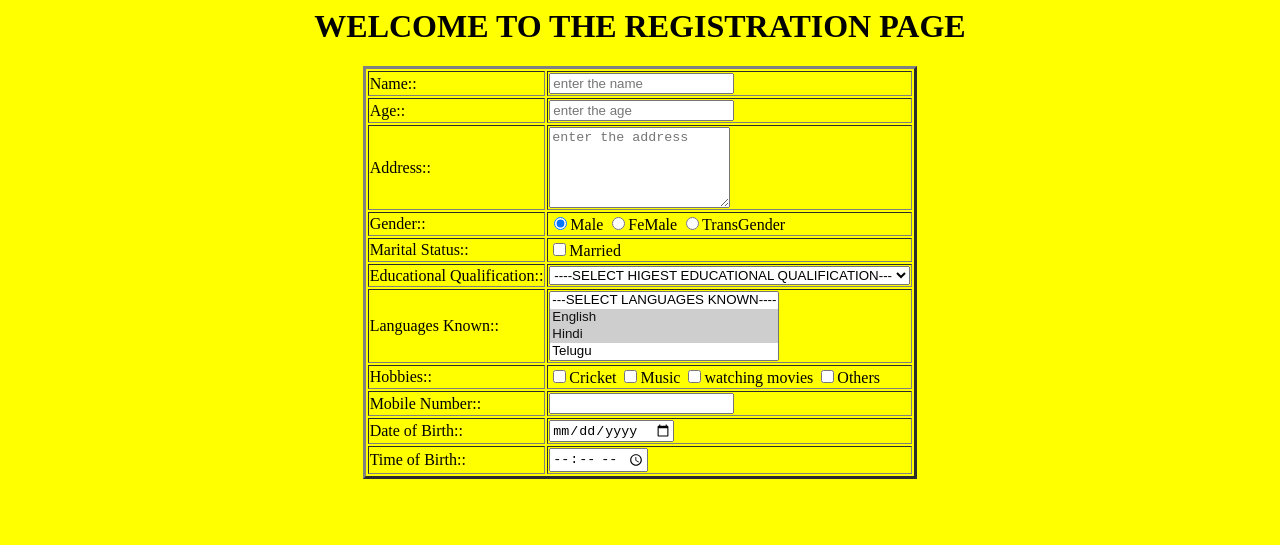
Repository: shivaramkrishna53/SERVLET_PROJECTS
Page: proj12-WorkingWithDifferentFormComponents-RegistrationApp/WebContent/input.html
An editor plug-in stored every save of this project. The page is shown before and after the next save, followed by the edit.
The browser window is 1280 px wide. The pictures show the whole page.

Above is the page before, as saved 2021-01-12 15:04:11.

### proj12-WorkingWithDifferentFormComponents-RegistrationApp/WebContent/input.html
<html>
<head>
<title>Registration</title>
</head>
<body bgcolor="yellow">
<center>
<h1 >WELCOME TO THE REGISTRATION PAGE</h1>
<form action="registrationurl" method="post">
<table border="3">
<tr>
<td>Name::</td>
<td>
<input type="text" name="pname" placeholder="enter the name"/>
</td>
</tr>
<tr>
<td>Age::</td>
<td>
<input type="number" name="page" placeholder="enter the age"/>
</td>
</tr>
<tr>
<td>Address::</td>
<td>
<textarea rows="5" cols="20" placeholder="enter the address" name="address"></textarea>
</td>
</tr>
<tr>
<td>Gender::</td>
<td>
<input type="radio" name="gender" value="M" checked>Male
<input type="radio" name="gender" value="F">FeMale
<input type="radio" name="gender" value="T">TransGender
</td>
</tr>
<tr>
<td>Marital Status::</td>
<td>
<input type="checkbox" value="Married">Married
</td>
</tr>
<tr>
<td>
Educational Qualification::
</td>
<td>
<select name="education">
<option>----SELECT HIGEST EDUCATIONAL QUALIFICATION---</option>
<option value="btech">B.TECH</option>
<option value="mbbs">MBBS</option>
<option value="bcom">B.COM</option>
<option value="bpharmacy">B.PHARMACY</option>
</select>
</td>
</tr>
<tr>
<td>Languages Known::</td>
<td>
<select name="languages" multiple>
<option>---SELECT LANGUAGES KNOWN----</option>
<option value="english" selected>English</option>
<option value="hindi" selected>Hindi</option>
<option value="telugu">Telugu</option>
<option value="tamil">Tamil</option>
<option value="bengali">Bengali</option>
<option value="marathi">Marathi</option>
<option value="kanada">Kanada</option>
</select>
</td>
</tr>
<tr>
<td>Hobbies::</td>
<td>
<input type="checkbox" name="hobbies" value="cricket">Cricket
<input type="checkbox" name="hobbies" value="music">Music
<input type="checkbox" name="hobbies" value="watching movies">watching movies
<input type="checkbox" name="hobbies" value="others">Others
</td>
</tr>
<tr>
<td>Mobile Number::</td>
<td>
<input type="tel" name="mobile">
</td>
</tr>
<tr>
<td>Date of Birth::</td>
<td>
<input type="date" name="dob">
</td>
</tr>
<tr>
<td>Time of Birth::</td>
<td>
<input type="time" name="tob">
</td>
</tr>
</table>
</form>
</center>
</body>
</html>

After the next save:
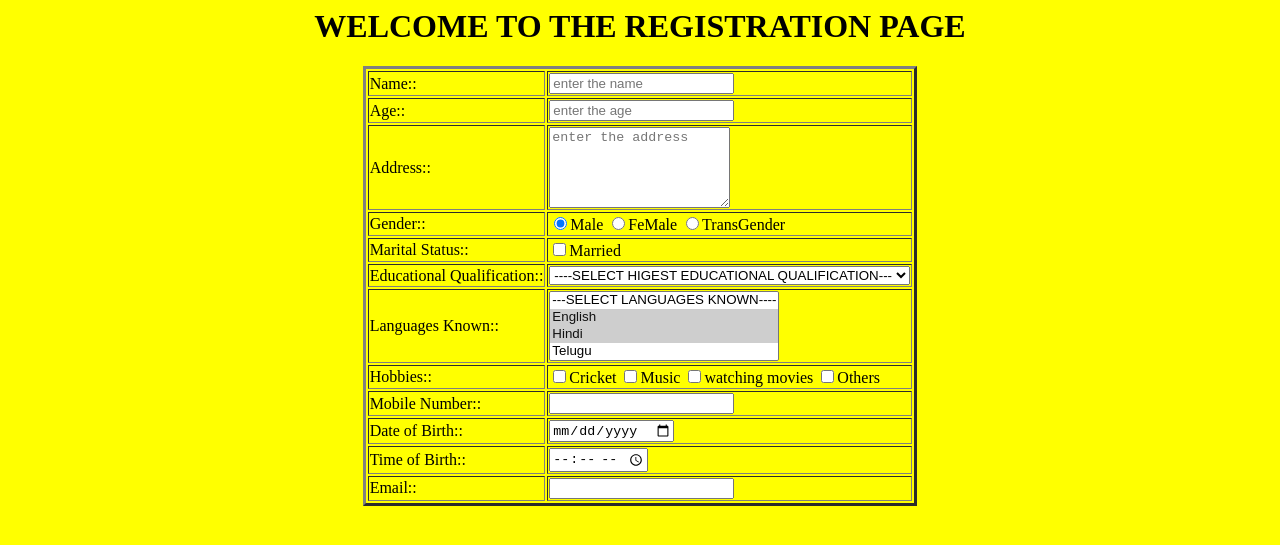
Saved 2 min 17 s later.
--- a/proj12-WorkingWithDifferentFormComponents-RegistrationApp/WebContent/input.html
+++ b/proj12-WorkingWithDifferentFormComponents-RegistrationApp/WebContent/input.html
@@ -95,6 +95,12 @@ Educational Qualification::
 <input type="time" name="tob">
 </td>
 </tr>
+<tr>
+<td>Email::</td>
+<td>
+<input type="email" name="emailid">
+</td>
+</tr>
 </table>
 </form>
 </center>
